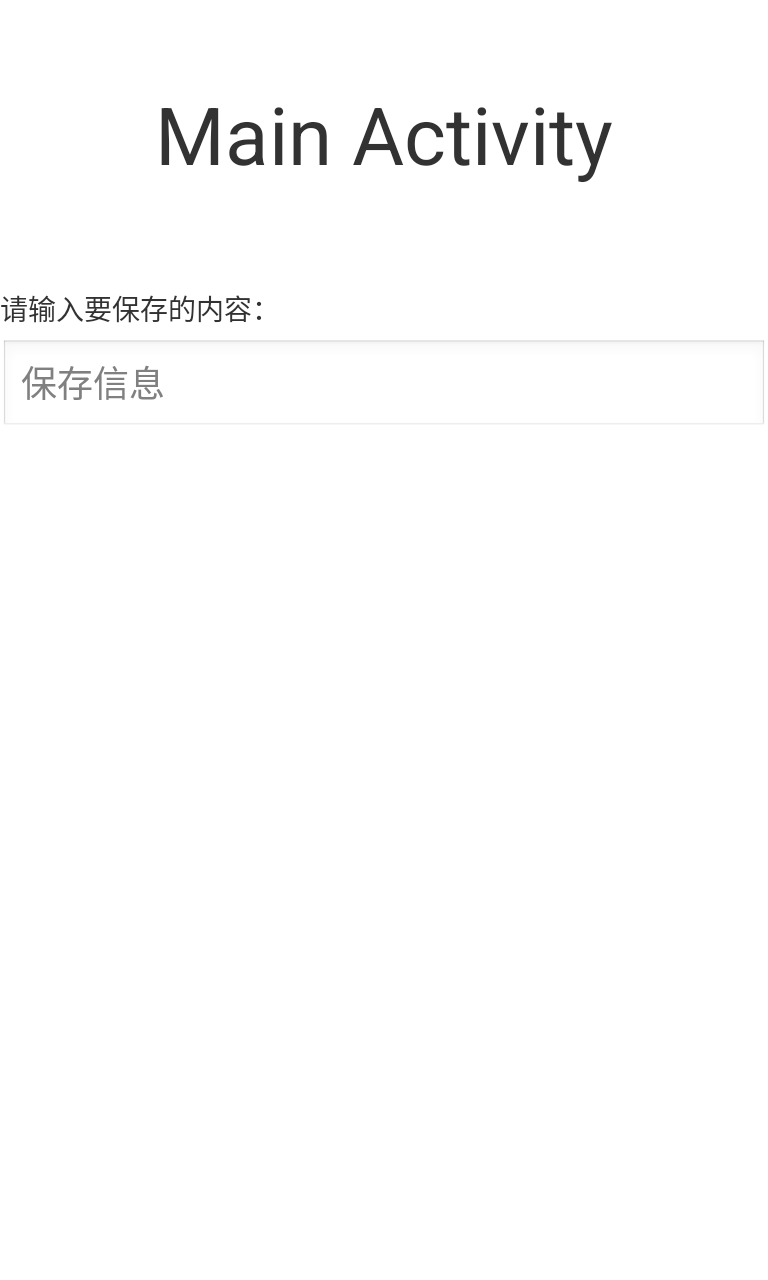
Repository: CiLiNet-Android/courseware
Layout: Android数据存储/文件数据存储/SourceCodes/InternalFileIODemo/res/layout/activity_main.xml
An editor plug-in stored every save of this project. The layout is shown before and after the next save, followed by the edit.
It is drawn on a 768 x 1280 px phone screen (xhdpi) without system bars, with theme AppTheme; the app's code is not run.

Above is the layout before, as saved 2014-01-02 01:43:18.

### Android数据存储/文件数据存储/SourceCodes/InternalFileIODemo/res/layout/activity_main.xml
<?xml version="1.0" encoding="utf-8"?>
<LinearLayout xmlns:android="http://schemas.android.com/apk/res/android"
    android:layout_width="match_parent"
    android:layout_height="match_parent"
    android:orientation="vertical" >

    <TextView
        android:layout_width="match_parent"
        android:layout_height="wrap_content"
        android:layout_marginTop="40dp"
        android:gravity="center_horizontal"
        android:text="Main Activity"
        android:textSize="40sp"/>

    <TextView
        android:layout_width="match_parent"
        android:layout_height="wrap_content"
        android:layout_marginTop="50dp"
        android:text="请输入要保存的内容："
        android:textSize="14sp"/>

    <EditText
        android:layout_width="match_parent"
        android:layout_height="wrap_content"
        android:layout_marginTop="5dp"
        android:hint="保存信息"/>

</LinearLayout>

Loaded but not shown: Android数据存储/文件数据存储/SourceCodes/InternalFileIODemo/res/values/styles.xml (common file)

After the next save:
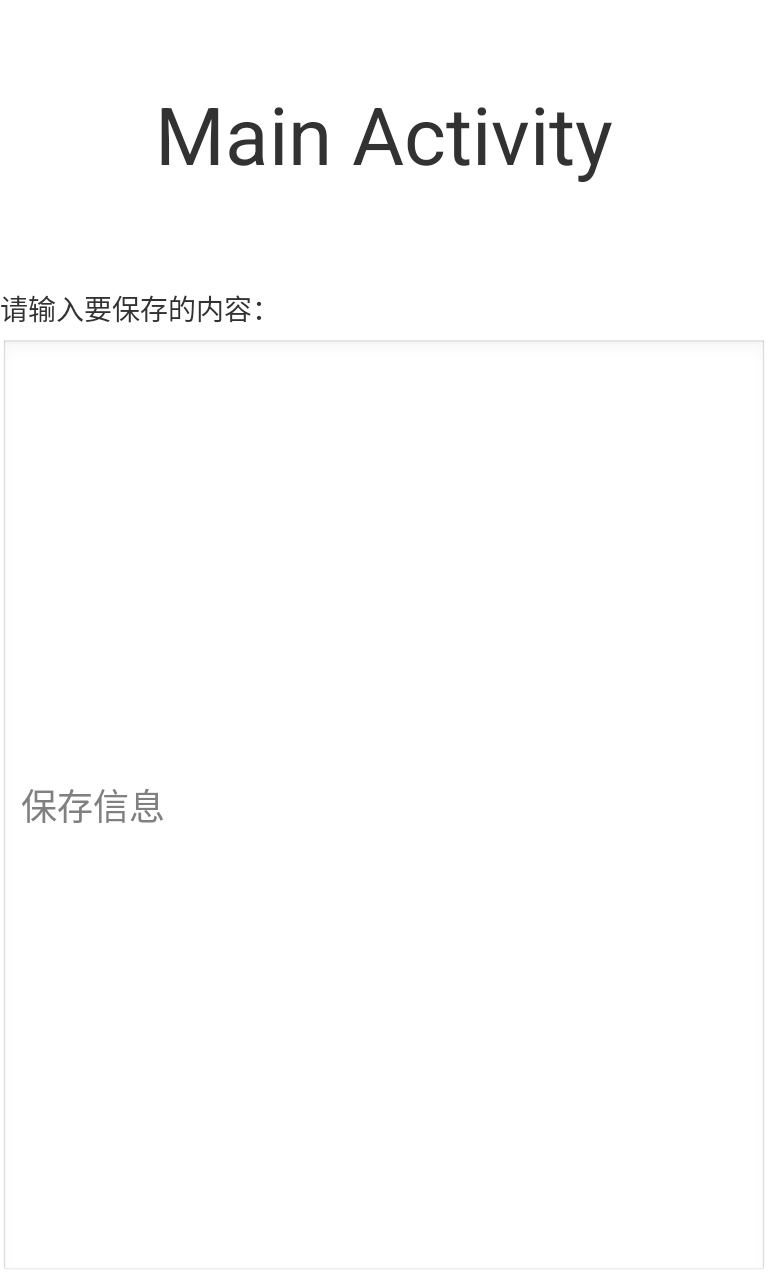
Saved 19 s later.
--- a/Android数据存储/文件数据存储/SourceCodes/InternalFileIODemo/res/layout/activity_main.xml
+++ b/Android数据存储/文件数据存储/SourceCodes/InternalFileIODemo/res/layout/activity_main.xml
@@ -23,6 +23,7 @@
         android:layout_width="match_parent"
         android:layout_height="wrap_content"
         android:layout_marginTop="5dp"
-        android:hint="保存信息"/>
+        android:hint="保存信息"
+        android:minLines="300"/>
 
 </LinearLayout>
